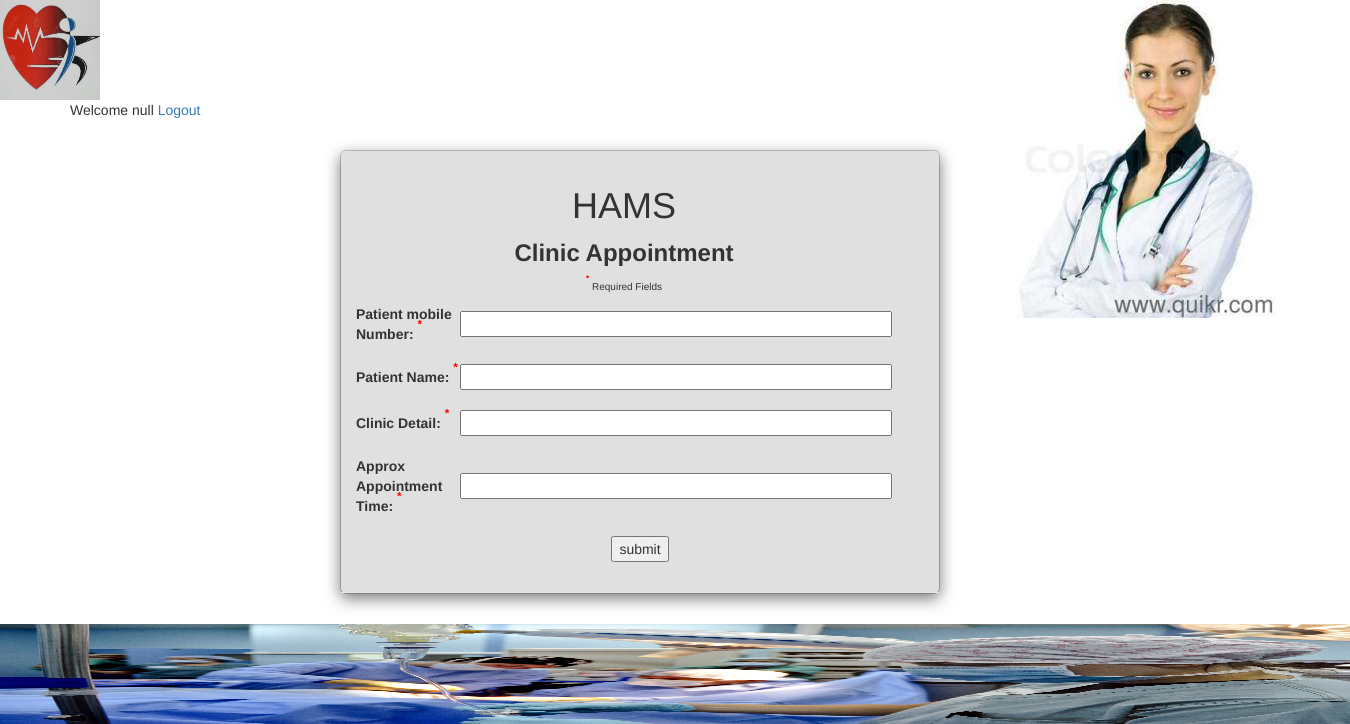
Repository: shiveshk/PullData
Page: http://localhost/Hams/appointment.jsp
The author's editor kept a copy of each file at every save. The page is drawn from the files as they stood at one save, then again after the next save.
The browser window is 1280 px wide. The page is 1350 px wide, so the pictures cover 1350 px, including what lies to the right of the window. The pictures show the whole page.
The page is served by Tomcat 9. Nobody is signed in. The application's start-up code is not run. Other server files are loaded and not shown.

Above is the page before, as saved 2015-11-06 15:56:43.
Console error (its wording comes from the project's code and is left out).

### Hams/WebContent/appointment.jsp
<?xml version="1.0" encoding="ISO-8859-1" ?>

<%@ page language="java" contentType="text/html; charset=ISO-8859-1" pageEncoding="ISO-8859-1"%>
<!DOCTYPE html PUBLIC "-//W3C//DTD XHTML 1.0 Transitional//EN" "http://www.w3.org/TR/xhtml1/DTD/xhtml1-transitional.dtd">
<html xmlns="http://www.w3.org/1999/xhtml">
<head>
  <link rel="stylesheet" href="http://maxcdn.bootstrapcdn.com/bootstrap/3.3.5/css/bootstrap.min.css">
  <script src="http://maxcdn.bootstrapcdn.com/bootstrap/3.3.5/js/bootstrap.min.js"></script>
  <script src="validation.js"></script>

<link rel="stylesheet" type="text/css" href="hams.css">

<meta http-equiv="Content-Type" content="text/html; charset=ISO-8859-1" />

<title>Patient Appointment</title>


</head>



<img src = "images/HAMSLogo.jpg" alt="hamslogo" id="img1"/>
<img src = "images/hams2.jpeg" alt="doctor2" id="img3"/>

<div class="container" >
<% String username = (String)request.getSession().getAttribute("name");
out.println("Welcome "+username);
%>

<a href="LogoutServlet">Logout</a>

<center>
<div id="login-overlay" class="modal-dialog" >
     <div class="modal-content" >
          <div class="modal-header" >
<h1>HAMS</h1>


	<p><b><font size=5>Clinic Appointment</font></b></p>
	<p><font size=1><b><sup>*</sup></b> Required Fields</font></p>



<form name="myForm" action="PatientAppointmentServlet" method="post"  onsubmit="return validate()" >
 	<div class="form-group">
<table >
 <tbody>

 	 <tr class="row1">
	 	 <td><b>Patient mobile Number: <sup>*</sup></b> </td>
	 	 <td><input type="text" id="patient_mobile_number" name="patient_mobile_number"  size=50 maxlength=20 /></td>
	 </tr>

	 <tr class="row2">
	 	 <td><b>Patient Name: <sup>*</sup></b> </td>
	 	 <td><input type="text" id="patient_name" name="patient_name"  size=50 maxlength=500 /></td>
	 </tr>


	 <tr class="row3">
	 	<td><b>Clinic Detail: <sup>*</sup></b> </td>
	 	<td><input type="text" id="clinic_detail" name="clinic_detail"  size=50 maxlength=500 /></td>
	 </tr>


	 <tr class="row4">
	 	<td><b>Approx Appointment Time: <sup>*</sup></b> </td>
	 	<td><input type="text" id="time" name="time"  size=50 maxlength=500 /></td>
	 </tr>

 </tbody>

</table>
	<br /><input type="submit" name="submit" value="submit" />
	</div>
</form>
		</div>
	</div>
</div>

</center>
</div>
	<img src = "images/hams1.jpg" alt="doctor" id="img2"/>




</body>
</html>

### Hams/WebContent/validation.js
function validate()
{
   var w=document.forms["myForm"]["patient_name"].value;
   var x=document.forms["myForm"]["clinic_detail"].value;
   //var y=document.forms["myForm"]["token_no"].value;
   var z=document.forms["myForm"]["time"].value;
   if (w.trim().length<=0) // check length of your name field
   {
      alert("Patient Name must be filled out");
      return false;
   }
   if (x.trim().length<=0) // check length of your name field
   {
      alert("clinic detail must be filled out");
      return false;
   }
   if (z.trim().length<=0) // check length of your name field
   {
      alert("Appointment time Name must be filled out");
      return false;
   }

   //contact number validation
   var mobile_no = document.forms["myForm"]["patient_mobile_number"].value;
   if (/^\d{10}$/.test(mobile_no)) {
       // value is ok, use it
   } else {
       alert("Invalid number; must be ten digits")
       number.focus()
       return false
   }

   //time validation
   var strval = document.forms["myForm"]["time"].value;

   var strval1;

   //minimum lenght is 6. example 1:2 AM
   if(strval.length < 6)
   {
    alert("Invalid time. Time format should be HH:MM AM/PM.");
    return false;
   }

   //Maximum length is 8. example 10:45 AM
   if(strval.lenght > 8)
   {
    alert("invalid time. Time format should be HH:MM AM/PM.");
    return false;
   }

   //Removing all space
   strval = trimAllSpace(strval);

   //Checking AM/PM
   if(strval.charAt(strval.length - 1) != "M" && strval.charAt(
       strval.length - 1) != "m")
   {
    alert("Invalid time. Time shoule be end with AM or PM.");
    return false;

   }
   else if(strval.charAt(strval.length - 2) != 'A' && strval.charAt(
       strval.length - 2) != 'a' && strval.charAt(
       strval.length - 2) != 'p' && strval.charAt(strval.length - 2) != 'P')
   {
    alert("Invalid time. Time shoule be end with AM or PM.");
    return false;

}
   }

### Hams/WebContent/hams.css
@CHARSET "ISO-8859-1";
<style>

 p {
  white-space: pre;
 }
sup {
    vertical-align: super;
    font-size: smaller;
    color : red;
}

#img1 {
	align: center;
	margin: auto;
	width: 100px;
	bottom: 100px;
    height: 100px;
}

#img2 {
	align: center;
	margin: auto;
	bottom: 100px;
    height: 100px;
    width: 1350px;
}
#img3 {
    float: right;
    margin: 0 0 100px 100px;
}


tr.row2 td {
    padding-top: 20px;
}

tr.row3 td {
    padding-top: 20px;
}

tr.row4 td {
    padding-top: 20px;
}


.modal-content {
    background-color: #E0E0E0 ;
}
</style>

After the next save:
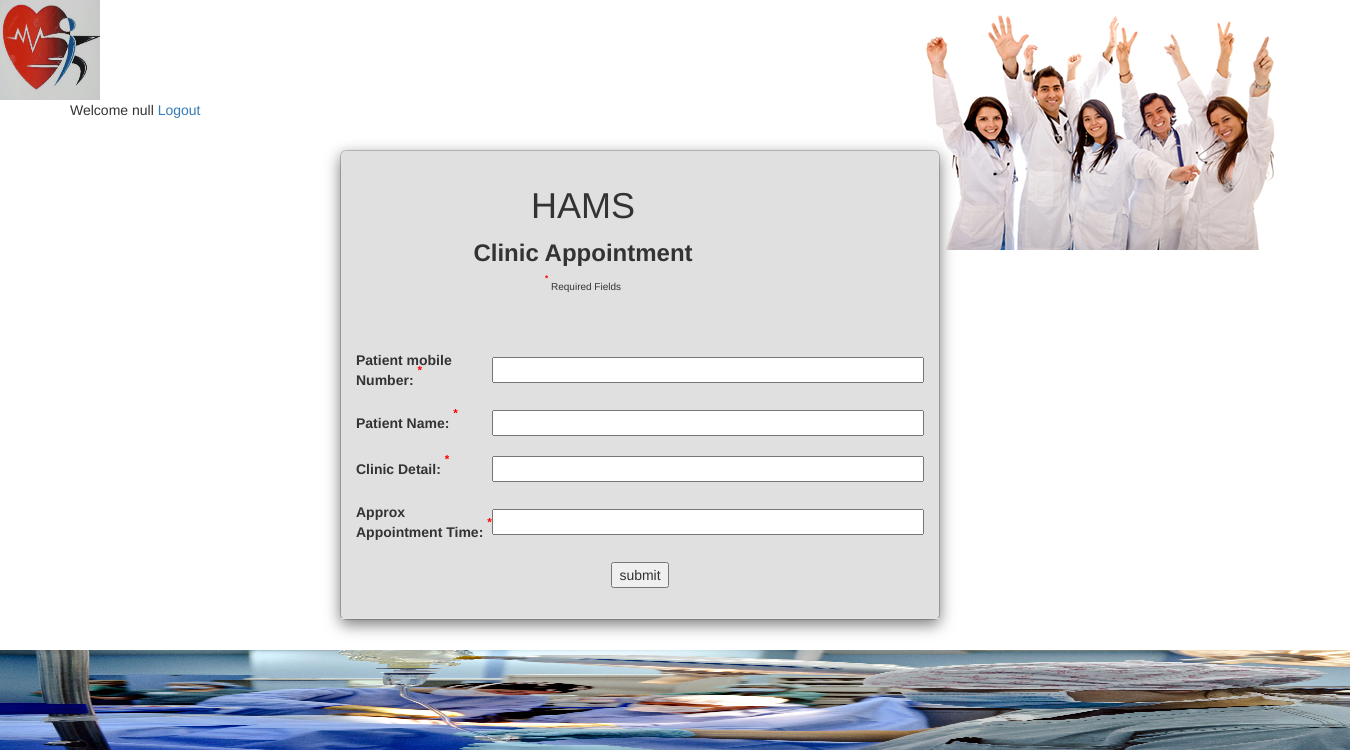
Saved 14 s later.
--- a/Hams/WebContent/appointment.jsp
+++ b/Hams/WebContent/appointment.jsp
@@ -20,9 +20,10 @@
 
 
 <img src = "images/HAMSLogo.jpg" alt="hamslogo" id="img1"/>
-<img src = "images/hams2.jpeg" alt="doctor2" id="img3"/>
+<img src = "images/image1.png" alt="doctor2" id="img3"/>
 
 <div class="container" >
+
 <% String username = (String)request.getSession().getAttribute("name");
 out.println("Welcome "+username);
 %>
